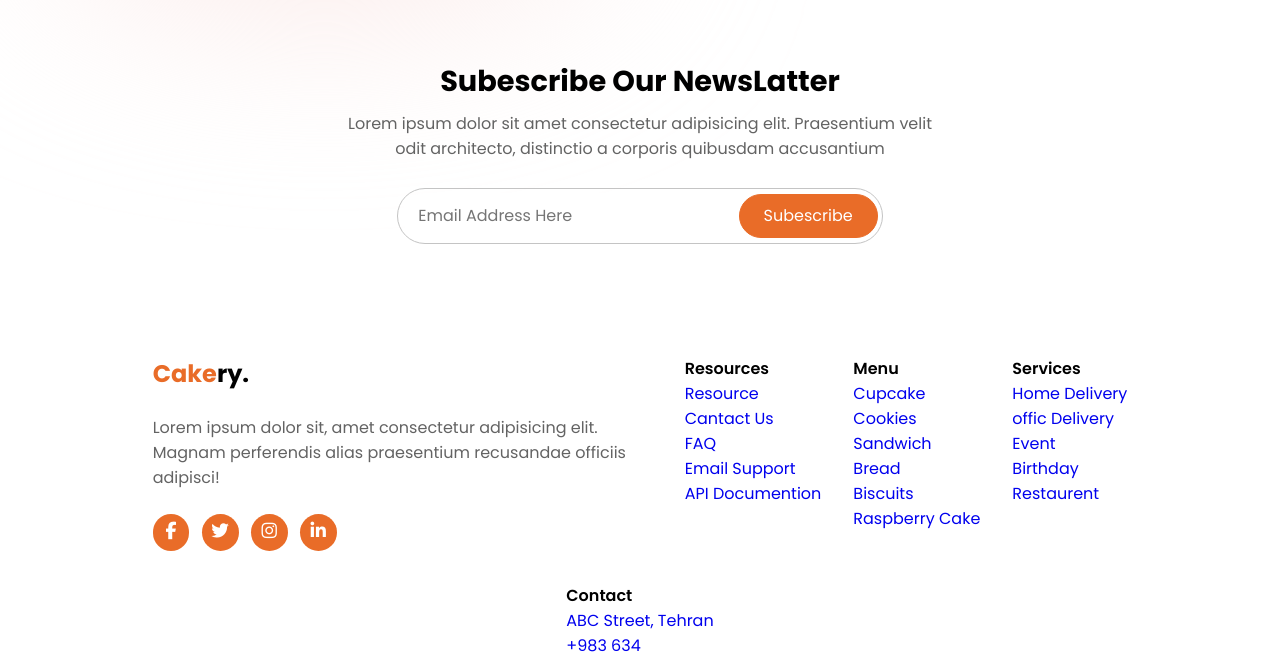
Repository: kingamirhosein100000-maker/cake.shop
Page: index.html
An editor plug-in stored every save of this project. The page is shown before and after the next save, followed by the edit.
The browser window is 1280 px wide. The pictures show the part of the page from y = 4552 to 5210 px (the page is 5210 px tall before and 5160 px after).
A picture or video elsewhere on the page could not be fetched, so the positions and the page height are approximate. Some web libraries are served in a nearby version.

Above is the page before, as saved 2026-01-29 17:52:01.

### index.html
<!DOCTYPE html>
<html lang="en">

<head>
    <meta charset="UTF-8">
    <meta name="viewport" content="width=device-width, initial-scale=1.0">
    <title>Bakery Website</title>
    <link rel="stylesheet" href="style.css">
    <link rel="stylesheet" href="https://cdnjs.cloudflare.com/ajax/libs/font-awesome/7.0.1/css/all.min.css" integrity="sha512-2SwdPD6INVrV/lHTZbO2nodKhrnDdJK9/kg2XD1r9uGqPo1cUbujc+IYdlYdEErWNu69gVcYgdxlmVmzTWnetw==" crossorigin="anonymous" referrerpolicy="no-referrer"
    />
</head>

<body>
    <!-- Header Part -->
    <header>
        <nav class="navbar container">
            <div class="logo">
                <a class="logo-txt" href="#">
                        Cake<span>ry.</span>
                    </a>

            </div>
            <ul class="navlist">
                <li>
                    <a href="#" class="navlinks active">
                            Home
                        </a>
                </li>
                <li>
                    <a href="#" class="navlinks">
                            About
                        </a>
                </li>
                <li>
                    <a href="#" class="navlinks">
                            Menu
                        </a>
                </li>
                <li>
                    <a href="#" class="navlinks">
                            Restaurent
                        </a>
                </li>
                <li>
                    <a href="#" class="navlinks">
                            Order
                        </a>
                </li>
                <li>
                    <a href="#" class="navlinks">
                            Contact
                        </a>
                </li>

            </ul>
            <div class="nav-icons">
                <a href="#" class="icons-link">
                    <i class="fa-solid  fa-user"></i>
                </a>
                <a href="#" class="icons-link">
                    <i class="fa-solid fa-shopping-cart"></i>

                </a>
            </div>
            <div class="hamburger">
                <div class="burger"></div>
                <div class="burger"></div>
                <div class="burger"></div>
            </div>
        </nav>
    </header>
    <!-- Section Parts -->
    <main>

        <!-- /* hero-section */ -->

        <section class="hero-section container">
            <div class="content">
                <div class="whatch">
                    <a href="#" class="icons-link">
                        <i class="fa-solid fa-play"></i>
                    </a>
                    <h3>Watch Video</h3>
                </div>
                <h1>The Perfect Baked Cake Everyday!</h1>
                <p>Lorem ipsum dolor sit, amet consectetur adipisicing elit. Facere laborum quaerat beatae molestiae explicabo asperiores, fugit harum quibusdam sit nesciunt illo.</p>
                <div class="btn-continer">
                    <button>Read More</button>
                    <button data-type="borderd-btn">Order Now</button>
                </div>
            </div>
            <div class="img-conteiner">
                <img src="img/cake.png" alt="عکس کیک ">
            </div>
        </section>
        <!-- Store section -->
        <section class="other-section container">
            <div class="column-canteiner">
                <h2>Welcome To Our Store</h2>
                <p data-type="centerd-txt">Lorem ipsum dolor sit amet consectetur adipisicing elit. Necessitatibus sit earum porro at! Officia, repellat. Modi, tempore minima.</p>
                <div class="card-conteiner">
                    <div class="card" data-type="category">
                        <img src="img/pastery.png">
                        <h3>Cake</h3>
                    </div>
                    <div class="card" data-type="category">
                        <img src="img/sandwich.png">
                        <h3>Sandwich</h3>
                    </div>
                    <div class="card" data-type="category">
                        <img src="img/cookie.png">
                        <h3>Cookie</h3>
                    </div>
                    <div class="card" data-type="category">
                        <img src="img/bread.png">
                        <h3>Bread</h3>
                    </div>
                </div>
            </div>
            </div>
        </section>
        <!-- About section -->
        <section class="other-section container">
            <div class="row-container">
                <div class="image-container">
                    <img src="img/cupcake.jpg">
                </div>


                <div class="content">
                    <h2>About<br> Cakery Bakery</h2>
                    <p>Lorem ipsum dolor sit amet, consectetur adipisicing elit. Laboriosam, necessitatibus nisi nemo, libero molestiae quas quibusdam incidunt voluptate adipisci consequatur ducimus autem</p>
                    <p>Lorem ipsum dolor sit amet consectetur adipisicing elit. Amet quidem rerum maiores quae saepe</p>
                    <button>Read More</button>
                </div>
            </div>
        </section>
        <!-- Featured Food -->

        <section class="other-section container">
            <div class="column-canteiner">
                <h2>Our Featured</h2>
                <p data-type="centerd-txt">Lorem ipsum dolor sit amet consectetur adipisicing elit. Praesentium velit odit architecto, distinctio a corporis quibusdam accusantium tempora </p>



                <div class="card-conteiner">
                    <div class="card" data-type="item">
                        <div class="image-part">
                            <img src="img/birthday cake.jpg">
                        </div>
                        <div class="detail">
                            <h4>$10.00</h4>
                            <h4>Birthday cake</h4>
                        </div>
                    </div>
                    <div class="card" data-type="item">
                        <div class="image-part">
                            <img src="img/muffins.jpg">
                        </div>
                        <div class="detail">
                            <h4>$17.00</h4>
                            <h4>muffins</h4>
                        </div>
                    </div>
                    <div class="card" data-type="item">
                        <div class="image-part">
                            <img src="img/waffles.jpg">
                        </div>
                        <div class="detail">
                            <h4>$19.00</h4>
                            <h4>waffles</h4>
                        </div>
                    </div>
                    <div class="card" data-type="item">
                        <div class="image-part">
                            <img src="img/pancake.jpg">
                        </div>
                        <div class="detail">
                            <h4>$25.00</h4>
                            <h4>pancake</h4>
                        </div>
                    </div>

                </div>



                <div class="card-conteiner">
                    <div class="card" data-type="item">
                        <div class="image-part">
                            <img src="img/piece cake.jpg">
                        </div>
                        <div class="detail">
                            <h4>$18.00</h4>
                            <h4> detail</h4>
                        </div>
                    </div>
                    <div class="card" data-type="item">
                        <div class="image-part">

                            <img src="img/cookies.jpg">
                        </div>
                        <div class="detail">
                            <h4>$16.00</h4>
                            <h4>cookies</h4>
                        </div>
                    </div>
                    <div class="card" data-type="item">
                        <div class="image-part">
                            <img src="img/raspberry cake.jpg">
                        </div>
                        <div class="detail">
                            <h4>$67.00</h4>
                            <h4>raspberry cake</h4>
                        </div>
                    </div>
                    <div class="card" data-type="item">
                        <div class="image-part">
                            <img src="img/donut.jpg">
                        </div>
                        <div class="detail">
                            <h4>$90.00</h4>
                            <h4>donut</h4>
                        </div>
                    </div>
                </div>
            </div>
        </section>
        <!-- App section -->
        <section class="other-section container">
            <div class="row-container">
                <div class="content">
                    <h2>App Is Soon <br> On App Store</h2>
                    <p>Lorem ipsum dolor sit, amet consectetur adipisicing elit. Consequuntur omnis sequi in fugiat iusto laborum, delectus magnam eum! Aspernatur quaerat ex excepturi.</p>
                    <div class="app-img">
                        <img src="img/app store.png" alt="App Store">
                        <img class="qqqq" src="img/play store.png" alt="Google Play">
                    </div>


                </div>
                <div class="img-conteiner">
                    <img src="img/bakery app.png">
                </div>
            </div>
        </section>
        <!-- Best Food section -->
        <section class="other-seimction container">
            <div class="row-container">
                <div class="img-conteiner">
                    <img src="img/creamy pancake.png">
                </div>
                <div class="content">
                    <h2>Best Sell <br> In This Week!</h2>
                    <div class="rating">
                        <h4>$15.00</h4>
                        <img src="img/five star ok.png">
                    </div>
                    <p>Lorem ipsum dolor sit, amet consectetur adipisicing elit. Commodi, libero soluta! Quia nostrum unde corrupti ratione quibusdam dolores sed, voluptatum aliquid possimus!</p>
                    <p>Lorem ipsum dolor sit amet, consectetur adipisicing elit. Voluptate cum mollitia culpa ullam numquam.</p>
                    <button>Buy Now</button>


                </div>
            </div>
        </section>
        <!-- NewsLatter section -->
        <section class="other-section container">
            <div class="column-canteiner">
                <h2>Subescribe Our NewsLatter</h2>
                <p data-type="centerd-txt">Lorem ipsum dolor sit amet consectetur adipisicing elit. Praesentium velit odit architecto, distinctio a corporis quibusdam accusantium</p>

                <form class="form-canteiner">
                    <input type="email" name="email" id="email" autocomplete="off" placeholder="Email Address Here">
                    <input type="submit" value="Subescribe" class="form-btn">
                </form>
            </div>
        </section>
    </main>
    <!-- Footer Parts -->
    <footer>
<div class="column-canteiner container">
    <div class="card-conteiner">

    <div class="column">
        <div class="logo">
                            <a class="logo-txt" href="#">
                        Cake<span>ry.</span>
                    </a>
        </div>

        <p>Lorem ipsum dolor sit, amet consectetur adipisicing elit. Magnam perferendis alias praesentium recusandae officiis adipisci!</p>
        <div class="icons">
            <a href="#" class="icons-link">
                <i class="fa-brands fa-facebook-f"></i>
            </a>
            <a href="#" class="icons-link">
                <i class="fa-brands fa-twitter"></i>
            </a>
            <a href="#" class="icons-link">
                <i class="fa-brands fa-instagram"></i>
            </a>
            <a href="#" class="icons-link">
                <i class="fa-brands fa-linkedin-in"></i>
            </a>
        </div>
    </div>
    <div class="column">
<h4>Resources</h4>
<ul class="footer-list">
    <li>
        <a href="#" class="footer-links">Resource</a>
    </li>
    <li>
        <a href="#" class="footer-links">Cantact Us</a>
    </li>
    <li>
        <a href="#" class="footer-links">FAQ</a>
    </li>
    <li>
        <a href="#" class="footer-links">Email Support</a>
    </li>
    <li>
        <a href="#" class="footer-links">API Documention</a>
    </li>
</ul>
    </div>
    <div class="column">
        <h4>Menu</h4>
        <ul class="footer-list">
    <li>
        <a href="#" class="footer-links">Cupcake</a>
    </li>
    <li>
        <a href="#" class="footer-links">Cookies</a>
    </li>
    <li>
        <a href="#" class="footer-links">Sandwich</a>
    </li>
    <li>
        <a href="#" class="footer-links">Bread</a>
    </li>
    <li>
        <a href="#" class="footer-links">Biscuits</a>
    </li>
    <li>
        <a href="#" class="footer-links">Raspberry Cake</a>
    </li>
</ul>
    </div>
    <div class="column">
        <h4>Services</h4>
<ul class="footer-list">
    <li>
        <a href="#" class="footer-links">Home Delivery</a>
    </li>
    <li>
        <a href="#" class="footer-links">offic Delivery</a>
    </li>
    <li>
        <a href="#" class="footer-links">Event</a>
    </li>
    <li>
        <a href="#" class="footer-links">Birthday</a>
    </li>
    <li>
        <a href="#" class="footer-links">Restaurent</a>
    </li>
</ul>
    </div>
    <div class="column">
        <h4>Contact</h4>
        <ul class="footer-list">
    <li>
        <a href="#" class="footer-links">ABC Street, Tehran</a>
    </li>
    <li>
        <a href="#" class="footer-links">+983 634</a>
    </li>


</ul>
    </div>
    </div>
</div>

    </footer>
    <script src=" main.js "></script>
</body>

</html>

### style.css
                    @import url('https://fonts.googleapis.com/css2?family=Open+Sans:ital,wght@0,300..800;1,300..800&family=Poppins:ital,wght@0,100;0,200;0,300;0,400;0,500;0,600;0,700;0,800;0,900;1,100;1,200;1,300;1,400;1,500;1,600;1,700;1,800;1,900&family=Roboto:ital,wght@0,100..900;1,100..900&display=swap');
                    * {
                        margin: 0;
                        padding: 0;
                        box-sizing: border-box;
                        font-family: "Poppins", sans-serif;
                    }

                     :root {
                        --orange-clr: #E96C28;
                        --white-clr: #FFF;
                        --black-clr: #000;
                        --gray-clr: #636363;
                        --light-clr: #C4C4C4;
                        --dawn-pink: #FAE7E5;
                        --frosted-mint: #DCFEF9;
                    }
                    /* Header Parts */

                    .logo-txt {
                        font-size: 1.5rem;
                        color: var(--orange-clr);
                        font-weight: bold;
                    }

                    a {
                        text-decoration: none;
                    }

                    span {
                        color: var(--black-clr);
                    }

                    .navlist {
                        display: flex;
                        align-items: center;
                        gap: 2rem;
                    }

                    li {
                        list-style: none;
                    }

                    .navlinks {
                        color: var(--black-clr);
                        font-weight: 500;
                    }

                    .active,
                    .navlinks:hover {
                        color: var(--orange-clr);
                        transition: 0.4s;
                    }



                    .icons-link {
                        background: var(--orange-clr);
                        width: 2.3rem;
                        aspect-ratio: 1;
                        border-radius: 50%;
                        margin-right: .5rem;
                        display: inline-block;
                        text-align: center;
                        line-height: 2.3rem;
                        transition: .3s ease-in-out;
                    }

                    .icons-link:hover {
                        transform: translateY(-10%);
                    }

                    .fa-solid,.fa-brands {
                        font-size: 1.1rem;
                        color: var(--white-clr);
                    }

                    header {
                        height: 13vh;

                    }

                    .navbar {
                        display: flex;
                        justify-content: space-between;
                        align-items: center;
                        height: 100%;

                    }

                    .container {
                        width: 80%;
                        margin: auto;
                    }

                    .hamburger {
                        cursor: pointer;
                        display: none;
                    }

                    .burger {
                        background: var(--black-clr);
                        width: 2.3rem;
                        height: .25rem;
                        margin: .3rem;
                        border-radius: 2rem;
                    }
                    /* Section Parts */
                    /* hero-section */

                    .hero-section {
                        height: calc(100vh - 13vh);
                        display: flex;
                        justify-content: space-between;
                        align-items: center;
                    }

                    .content {
                        flex: 1;
                    }

                    .img-conteiner {
                        flex: 1;
                        position: relative;
                    }

                    .img-conteiner::before {
                        content: '';
                        position: absolute;
                        top: 50%;
                        right: 0;
                        background: var(--dawn-pink);
                        width: 35rem;
                        height: 30vh;
                        border-radius: 50%;
                        z-index: -1;
                        filter: blur(100px);
                    }

                    img {
                        max-width: 100%;
                        height: auto;
                    }

                    h1 {
                        font-size: 3.5rem;
                        line-height: 4rem;
                        margin-top: 1rem;
                    }

                    .whatch {
                        display: flex;
                        align-items: center;
                        gap: .5rem;
                    }

                    p {
                        color: var(--gray-clr);
                        margin-block: 1.5rem;
                        max-width: 500px;
                    }

                    .btn-continer {
                        display: flex;
                        gap: 1.5rem;
                    }

                    button,
                    .form-btn {
                        background: var(--orange-clr);
                        color: var(--white-clr);
                        border: .1rem solid var(--orange-clr);
                        padding: .55rem 1.5rem;
                        border-radius: 5rem;
                        font-size: 1rem;
                    }

                    [data-type='borderd-btn'] {
                        background: transparent;
                        color: var(--orange-clr);
                    }
                    /* <!-- Store section --> */

                    .other-section {
                        padding-block: 5rem;
                    }

                    .row-conteiner {
                        display: flex;
                        flex-direction: row;
                        justify-content: center;
                        align-items: center;
                        gap: 5rem;
                    }

                    .column-canteiner {
                        display: flex;
                        flex-direction: column;
                        justify-content: center;
                        align-items: center;
                    }

                    h2 {
                        font-size: 1.8rem;
                    }

                    [ data-type="centerd-txt"] {
                        text-align: center;
                        max-width: 600px;
                        margin-block: .5em;
                    }

                    .card-conteiner {
                        display: flex;
                        justify-content: center;
                        flex-wrap: wrap;
                        gap: 2rem;
                        margin-top: 2rem;
                    }

                    .card {
                        width: 15rem;
                        text-align: center;
                        border-radius: 1rem;
                        box-shadow: rgba(0, 0, 0, 0.16) 0px 1px 4px;
                        transition: .2s ease-in-out;
                    }

                    .card:hover {
                        box-shadow: rgba(50, 50, 93, 0.25) 0px 13px 27px -5px, rgba(0, 0, 0, .3) 0px 8px 16px -8px;
                    }

                    .row-container {
                        display: flex;
                        flex-direction: row;
                        justify-content: space-between;
                        align-items: center;
                        gap: 4.5rem;
                    }
                    /* <!-- Featured Food --> */

                    h4 {
                        font-weight: 600;
                    }

                    [ data-type="category"] {
                        padding-block: 2.5rem;
                    }

                    [data-type="item"] {
                        padding-bottom: 1.5rem;
                        overflow: hidden;
                    }

                    .image-part img {
                        width: 100%;
                        height: 100%;
                        object-fit: cover;
                    }

                    .detail {
                        margin-top: 1rem;
                    }
                    /* <!-- App section --> */

                    .app-img {
                        display: flex;
                        gap: 1rem;
                        width: 100%;
                        height: 4rem;
                    }

                    .app-img img {
                        width: 180px;
                        /* هم‌سایز */
                        height: 55px;
                        object-fit: contain;
                        border-radius: 12px;
                        /* گوشه‌های گرد */
                        background: #000;
                        /* برای PNG شفاف */
                        padding: 6px 10px;
                        transition: all 0.3s ease;
                    }
                    /* افکت هاور */

                    .app-img img:hover {
                        transform: translateY(-3px);
                        box-shadow: 0 10px 25px rgba(0, 0, 0, 0.25);
                        cursor: pointer;
                    }
                    /* <!-- Best Food section --> */

                    .rating img {
                        width: 6rem;
                    }

                    .rating h4 {
                        color: var(--orange-clr);
                        font-size: 1.3rem;
                    }

                    .rating {
                        display: flex;
                        align-items: center;
                        gap: 2rem;
                        margin-top: 1rem;
                    }
                    /* <!-- NewsLatter section --> */

                    .form-canteiner {
                        margin-top: 1.2rem;
                        border: .02rem solid var(--light-clr);
                        height: 3.5rem;
                        border-radius: 5rem;
                        padding: .25rem;
                    }

                    input[type="email"] {
                        height: 100%;
                        border-radius: 5rem 0 0 5rem;
                        border: none;
                        font-size: 1rem;
                        padding-left: 1rem;
                    }

                    input:focus {
                        outline: none;
                    }
                    /* footer section */

### main.js
let Name = "Alri";
switch (Name) {
    case "Amir":
        console.log("turo")

        break;
    case "Ali":
        console.log("false")
        break
    default:
        console.log("nothing")
        break;
}

After the next save:
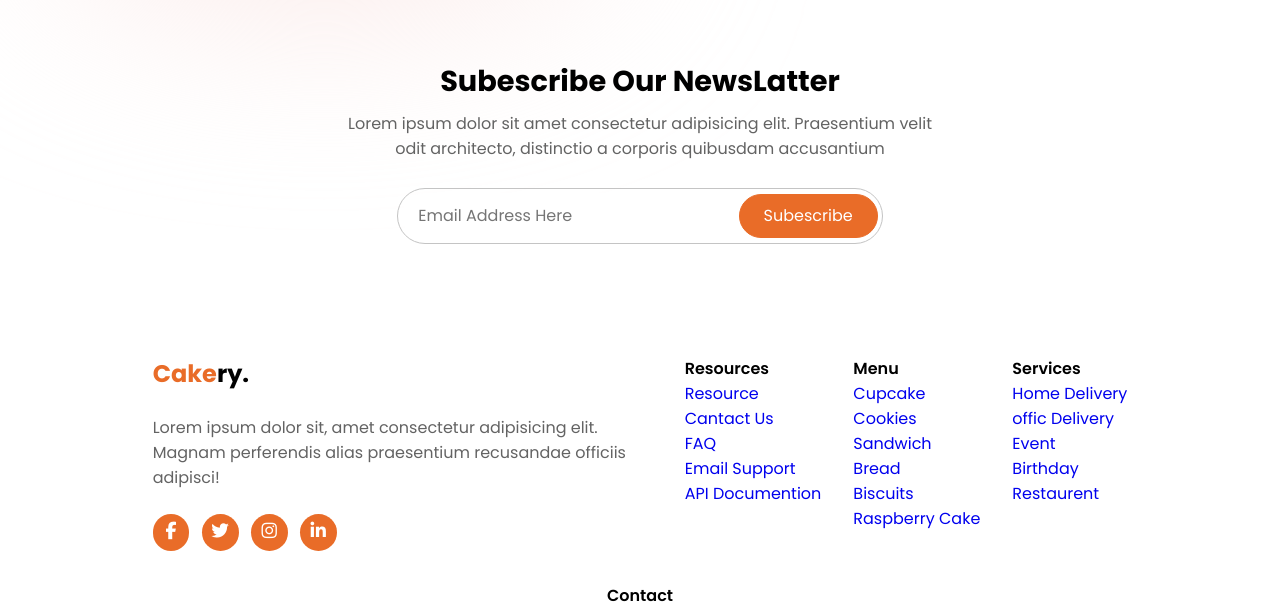
Saved 8 s later.
--- a/index.html
+++ b/index.html
@@ -372,12 +372,7 @@
     <div class="column">
         <h4>Contact</h4>
         <ul class="footer-list">
-    <li>
-        <a href="#" class="footer-links">ABC Street, Tehran</a>
-    </li>
-    <li>
-        <a href="#" class="footer-links">+983 634</a>
-    </li>
+
 
 
 </ul>
